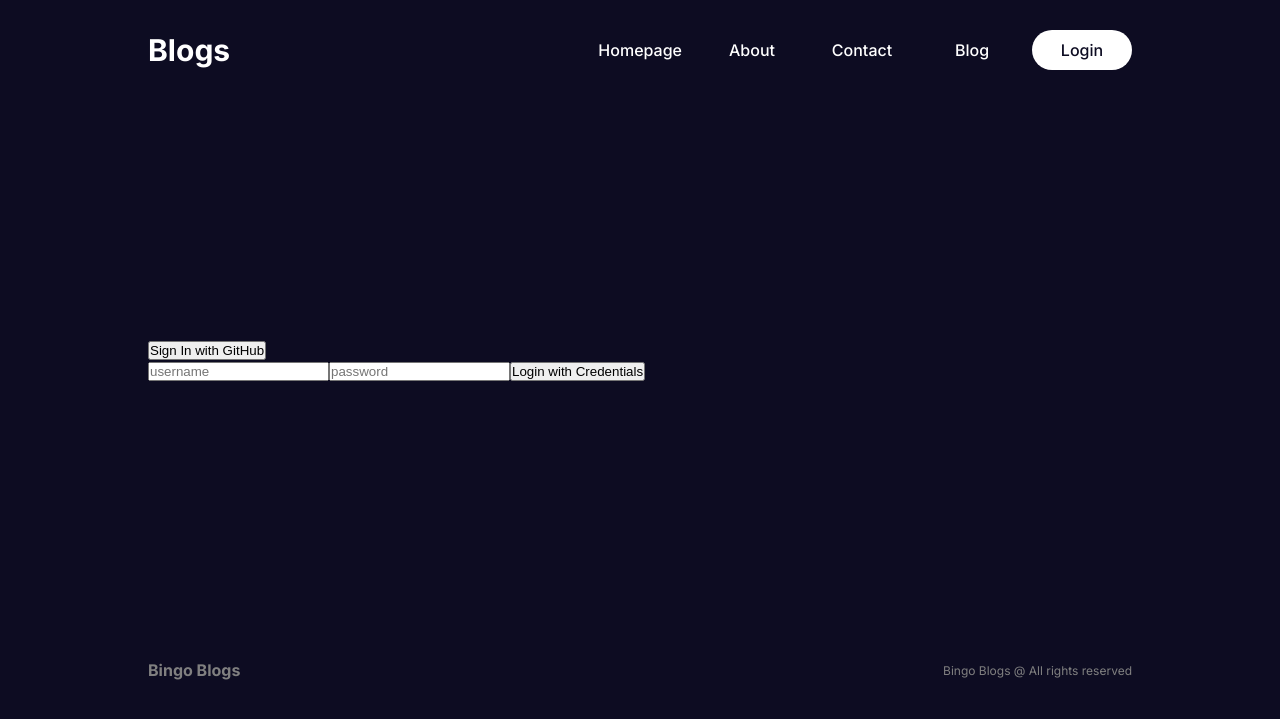
Repository: Kisho14/Blog-Post-Next.js
Page: /login
An editor plug-in stored every save of this project. The page is shown before and after the next save, followed by the edit.
The browser window is 1280 px wide. The pictures show the whole page.
The page's requests for data from a server got no answer. The project was rebuilt for these pictures with package versions that can differ from the ones it lists, and the page was loaded fresh each time. The framework's server and built-in components were replaced by stand-ins that run in the browser. No one was signed in, and anything a server would have sent is missing. Also part of the build but not shown: next.config.mjs, src/components/loginForm/loginForm.module.css. Imported but missing from the stored project, and not drawn on this page: src/lib/models.

Above is the page before, as saved 2024-04-08 16:37:07.

### src/app/layout.js
import { Inter } from "next/font/google";
import "./globals.css";
import Navbar from "@/components/navbar/Navbar";
import Footer from "@/components/footer/Footer";

const inter = Inter({ subsets: ["latin"] });

export const metadata = {
  title: {
    default: "Bingo Blog Homepage",
      template:"%s | Bingo Blog"
  },
  description: "Created and developed by Kishore Dev",
};

export default function RootLayout({ children }) {
  return (
    <html lang="en">
      <body className={inter.className}>
        <div className="container">
          <Navbar />
          {children}
          <Footer />
        </div>
      </body>
    </html>
  );
}

### src/app/(auth)/login/page.jsx
import { handleGithubLogin, login } from "@/lib/action";
import React from "react";

const LoginPage =async () => {

  return (
    <div>
      <form action={handleGithubLogin}>
        <button>Sign In with GitHub</button>
      </form>
      <form action={login}>
        <input type="text" placeholder="username" name="username"/>
        <input type="text" placeholder="password" name="password"/>
        <button>Login with Credentials</button>
      </form>
    </div>
  );
};

export default LoginPage;

### src/app/globals.css
/* @tailwind base;
@tailwind components;
@tailwind utilities; */

/* we can use these variable in any component or page */
:root {
  --bg: #0d0c22;
  --bgSoft: #2d2b42;
  --text: white;
  --textSoft: #e5e5e5;
  --btn: #3673fd;
}

* {
  margin: 0;
  padding: 0;
  box-sizing: border-box;
}

body {
  background-color: var(--bg);
  color: var(--text);
}

a {
  text-decoration: none;
  color: inherit;
}

.container {
  /* background-color: purple; */
  width: 1326px;
  margin: auto;
  padding-left: 50px;
  padding-right: 50px;
  min-height: 100vh;
  display: flex;
  flex-direction: column;
  justify-content: space-between;
}

@media (max-width: 1326px) {
  .container {
    width: 1280px;
  }
}
@media (max-width: 1280px) {
  .container {
    width: 1024px;
    padding-left: 20px;
    padding-right: 20px;
  }
}
@media (max-width: 1024px) {
  .container {
    width: 768px;
  }
}
@media (max-width: 768px) {
  .container {
    width: 640px;
  }
}
@media (max-width: 640px) {
  .container {
    width: 475px;
  }
}
@media (max-width: 475px) {
  .container {
    width: 380px;
  }
}

### src/components/navbar/Navbar.jsx
import Link from "next/link";
import React from "react";
import Links from "./links/Links";
import styles from "./navbar.module.css"
import { auth } from "@/lib/auth";

const Navbar = async () => {

const session = await auth();

// console.log(session)

  return (
    <div className={styles.container}>
      <Link href="/" className={styles.logo}>Blogs</Link>
      <div>
        <Links session={session}/>
      </div>
    </div>
  );
};

export default Navbar;

### src/components/footer/Footer.jsx
import React from 'react'
import styles from './footer.module.css'

const Footer = () => {
  return (
    <div className={styles.container}>
      <div className={styles.logo}>Bingo Blogs</div>
      <div className={styles.text}>Bingo Blogs @ All rights reserved</div>
    </div>
  )
}

export default Footer

### src/lib/action.js
"use server";
import { revalidatePath } from "next/cache";
import { Post, User } from "./models";
import { connectToDb } from "./utils";
import { signIn, signOut } from "./auth";
import bcrypt from "bcrypt";

export const addPost = async (formData) => {
  // const title = formData.get("title")
  // const desc = formData.get("desc")
  // const slug = formData.get("slug")
  // const userId = formData.get("userId")

  const { title, desc, slug, userId } = Object.fromEntries(formData);

  try {
    connectToDb();
    const newPost = new Post({
      title,
      desc,
      slug,
      userId,
    });

    await newPost.save();
    console.log("saved to db");
    //The cache is invalid only when this path is accessed.
    revalidatePath("/blog");
  } catch (err) {
    console.log(err);
    return { error: "Something went wrong" };
  }
};

export const deletePost = async (formData) => {
  const { id } = Object.fromEntries(formData);

  try {
    connectToDb();
    await Post.findByIdAndDelete(id);
    console.log("deleted from db");
    //The cache is invalid only when this path is accessed. and data's are refreshed.
    revalidatePath("/blog");
  } catch (err) {
    console.log(err);
    return { error: "Something went wrong" };
  }
};

export const handleGithubLogin = async () => {
  "use server";
  await signIn("github");
};

export const handleLogout = async () => {
  "use server";
  await signOut();
};

export const register = async (previousState, fromData) => {
  const { username, email, password, passwordRepeat } =
    Object.fromEntries(fromData);

  if (password !== passwordRepeat) {
    return { error: "Passwords do not match" };
  }

  try {
    connectToDb();

    const user = await User.findOne({ username: username });

    if (user) {
      return { error: "Username already exists" };
    }

    // Encrypting the password using bcrypt
    const salt = await bcrypt.genSalt(10);
    const hashedPassword = await bcrypt.hash(password, salt);

    const newUser = new User({
      username,
      email,
      password: hashedPassword,
    });

    await newUser.save();
    console.log("User saved to the database");

    return { success: true };
  } catch (err) {
    console.log(err);
    return { error: "Something went wrong" };
  }
};

export const login = async (fromData) => {
  const { username, password } = Object.fromEntries(fromData);

  try {
    await signIn("credentials", { username, password });
  } catch (err) {
    console.log(err);
    return { error: "Something went wrong" };
  }
};

### src/components/navbar/links/Links.jsx
"use client";
import React, { useState } from "react";
import styles from "./links.module.css";
import NavLink from "./navLink/navLink";
import Image from "next/image";
import { handleLogout } from "@/lib/action";

const links = [
  {
    title: "Homepage",
    path: "/",
  },
  {
    title: "About",
    path: "/about",
  },
  {
    title: "Contact",
    path: "/contact",
  },
  {
    title: "Blog",
    path: "/blog",
  },
];

const Links = ({session}) => {
  const [open, setOpen] = useState(false);

  // TEMPORARY
  const isAdmin = true;

  return (
    <div className={styles.container}>
      <div className={styles.links}>
        {links.map((link) => (
          <NavLink link={link} key={link.title} />
        ))}
        {session?.user ? (
          <>
            {session.user?.isAdmin && <NavLink link={{ title: "Admin", path: "/admin" }} />}
            <form action={handleLogout}>
              <button className={styles.logout}>Logout</button>
            </form>
          </>
        ) : (
          <NavLink link={{ title: "Login", path: "/login" }} />
        )}
      </div>
      <Image
        className={styles.menuButton}
        src="/menu.png"
        alt=""
        width={30}
        height={30}
        onClick={() => setOpen((prev) => !prev)}
      />
      {open && (
        <div className={styles.mobileLinks}>
          {links.map((link) => (
            <NavLink link={link} key={link.title} />
          ))}
        </div>
      )}
    </div>
  );
};

export default Links;

### src/components/navbar/navbar.module.css
.container{
    height: 100px;
    display: flex;
    align-items: center;
    justify-content: space-between;
}

.logo{
    font-size: 30px;
    font-weight: bold;
    padding-right: 20px;
}

### src/lib/auth.js
import NextAuth from "next-auth";
import GitHub from "next-auth/providers/github";
import CredentialsProvider from "next-auth/providers/credentials";
import { connectToDb } from "./utils";
import { User } from "./models";
import bcrypt from "bcrypt";

const login = async (credentials) => {
  try {
    connectToDb();
    const user = await User.findOne({ username: credentials.username });

    if (!user) {
      return "User not found";
    }
    const isPasswordCorrect = await bcrypt.compare(
      credentials.password,
      user.password
    );

    if (!isPasswordCorrect) {
      throw new Error("Wrong credentials!");
    }

    return user;
  } catch (err) {
    console.log(err);
    throw new Error("Failed to login");
  }
};

export const {
  handlers: { GET, POST },
  auth,
  signIn,
  signOut,
} = NextAuth({
  providers: [
    // Using this provider we can create the user session
    GitHub({
      clientId: process.env.GITHUB_ID,
      clientSecret: process.env.GITHUB_SECRET,
    }),
    CredentialsProvider({
      async authorize(credentials) {
        console.log("Hey there!")
        try {
          const user = await login(credentials)
          return user;
        } catch (err) {
          return null;
        }
      },
    }),
  ],
  callbacks: {
    async signIn({ user, account, profile }) {
      // console.log(profile)
      if (account.provider === "github") {
        connectToDb();
        try {
          const user = await User.findOne({ email: profile.email });

          if (!user) {
            const newUser = new User({
              username: profile.login,
              email: profile.email,
              img: profile.avatar_url,
            });

            await newUser.save();
          }
        } catch (err) {
          console.log(err);
          return false;
        }
      }
      return true;
    },
  },
});

### src/components/footer/footer.module.css
.container{
    height: 100px;
    display: flex;
    align-items: center;
    justify-content: space-between;
    color: gray;
}

.logo{
    font-weight: bold;
}

.text{
    font-size: 12px;
}

@media (max-width:768px){
    .container{
        flex-direction: column;
        align-items: center;
        justify-content: space-around;
    }
}

### src/lib/utils.js
const { default: mongoose } = require("mongoose");

// If we are working in dev mode, whenever we refresh our application it will create a new connection to db.
const connection = {
    isConnected: false,
};

export const connectToDb = async () => {
  try {
    if(connection.isConnected){
        console.log("Using existing connection")
        return;
    }
    const db = await mongoose.connect(process.env.MONGO);
    connection.isConnected = db.connections[0].readyState;
  } catch (error) {
    console.error(error)
    // handleError(error);
  }
};

### src/components/navbar/links/links.module.css
.links {
  display: flex;
  align-items: center;
  gap: 10px;
}

.logout {
  padding: 10px;
  cursor: pointer;
  font-weight: bold;
}

.menuButton,
.mobileLinks {
  display: none;
}

@media (max-width: 768px) {
  .links {
    display: none;
  }

  .menuButton {
    display: block;
    cursor: pointer;
  }

  .mobileLinks {
    position: absolute;
    top: 100px;
    right: 0;
    width: 50%;
    height: calc(100vh - 100px);
    background-color: var(--bg);
    display: flex;
    flex-direction: column;
    align-items: center;
    justify-content: center;
    gap: 10px;
  }
}

### src/components/navbar/links/navLink/navLink.jsx
"use client";
import React from "react";
import styles from "./navLink.module.css";
import Link from "next/link";
import { usePathname } from "next/navigation";

const NavLink = ({ link }) => {
  // It is used to get the path name from the url
  const pathName = usePathname();

  return (
    <Link
      href={link.path}
      className={`${styles.container} ${
        pathName === link.path && styles.active
      }`}
    >
      {link.title}
    </Link>
  );
};

export default NavLink;

### src/components/loginForm/LoginForm.jsx
"use client"
import React, { useEffect } from "react";
import styles from "./loginForm.module.css";
import { login } from "@/lib/action";
import { useFormState } from "react-dom";
import Link from "next/link";
import { useRouter } from "next/navigation";

const LoginForm = () => {
  const [state, formAction] = useFormState(login, undefined);

  const router = useRouter();

//   useEffect(()=>{
//     state?.success && router.push('/login')
//   },[state?.success, router])

  return (
    <form className={styles.form} action={formAction}>
      <input type="text" placeholder="username" name="username" />
      <input type="password" placeholder="password" name="password" />
      <button>Login</button>
      <span className={styles.errorMsg}>{state?.error}</span>
      <Link href="/Register">
        {"Don't have an account?"} <b>Register</b>
      </Link>
    </form>
  );
};

export default LoginForm;

Loaded but not shown: src/components/navbar/links/navLink/navLink.module.css (common file); tailwind.config.js (common file)

After the next save:
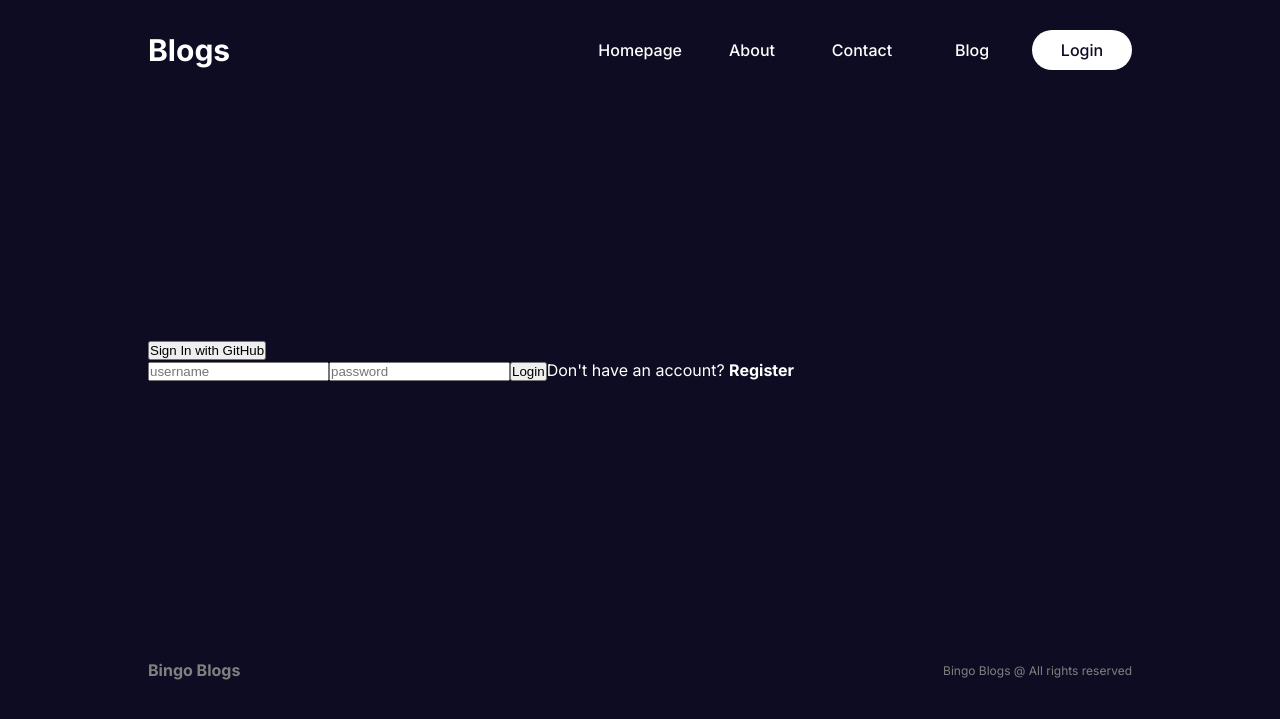
Saved 25 s later.
--- a/src/app/(auth)/login/page.jsx
+++ b/src/app/(auth)/login/page.jsx
@@ -1,3 +1,4 @@
+import LoginForm from "@/components/loginForm/LoginForm";
 import { handleGithubLogin, login } from "@/lib/action";
 import React from "react";
 
@@ -8,11 +9,7 @@ const LoginPage =async () => {
       <form action={handleGithubLogin}>
         <button>Sign In with GitHub</button>
       </form>
-      <form action={login}>
-        <input type="text" placeholder="username" name="username"/>
-        <input type="text" placeholder="password" name="password"/>
-        <button>Login with Credentials</button>
-      </form>
+      <LoginForm />
     </div>
   );
 };
